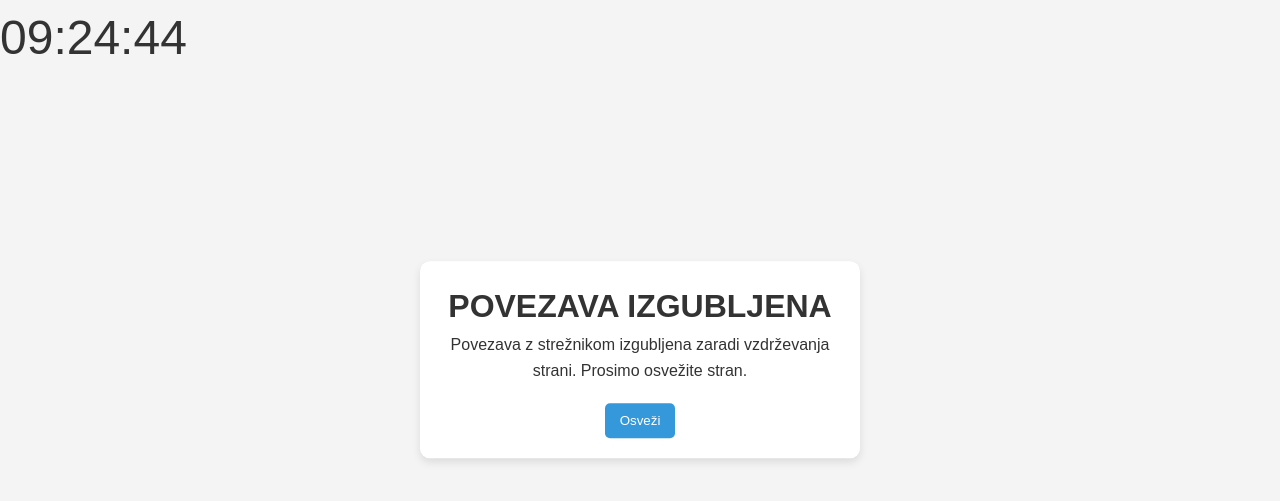
Repository: razrednicasopis/razrednicasopis.github.io
Page: Resources/ura.html
These files come from the project's save history. The page is drawn as it stood at one moment and after a run of saves; the edit follows.
The browser window is 1280 px wide. The pictures show the whole page.

Above is the page before, as saved 2024-03-07 09:24:52.
Console error: TypeError: Cannot read properties of null (reading 'addEventListener')

### Resources/ura.html
<!DOCTYPE html>
<html lang="en">
<head>
  <meta charset="UTF-8">
  <title>Digitalna ura</title>
  <link rel="stylesheet" href="styless.css">
  <link rel="stylesheet" href="system.css">
</head>


  <div class="clock" id="clock"></div>

  <div id="maintenancePopup">
    <div id="maintenancePopupContent">
      <h1>POVEZAVA IZGUBLJENA</h1>
      <p>Povezava z strežnikom izgubljena zaradi vzdrževanja strani. Prosimo osvežite stran.</p>
      <button id="closeMaintenancePopupBtn">Osveži</button>
    </div>
</div>


  <script src="alerts.js"></script>
  <script src="maintenancemode.js"></script>
  <script>
    function updateClock() {
      const now = new Date();
      const hours = String(now.getHours()).padStart(2, '0');
      const minutes = String(now.getMinutes()).padStart(2, '0');
      const seconds = String(now.getSeconds()).padStart(2, '0');

      const time = `${hours}:${minutes}:${seconds}`;
      document.getElementById('clock').innerText = time;
    }

    // Update every second
    setInterval(updateClock, 1000);

    // Initial call to set the initial time
    updateClock();
  </script>
</body>
</html>

### Resources/styless.css
* {
  margin: 0;
  padding: 0;
  box-sizing: border-box;
}

/* Globalni slogi */
body {
  font-family: Arial, sans-serif;
  line-height: 1.6;
  background-color: #f4f4f4;
  color: #333;
  margin: 0;
  padding: 0;
  max-height: 100vh;
}


.container {
    text-align: center;
    margin-top: 50px;
}

.border-box {
    display: inline-block;
    padding: 200px;
    width: 550px;
    height: 500px;
    border: 5px solid #333; /* Set your desired border color */
    border-radius: 30px; /* Set the border radius for slightly curved corners */
    background-color: #333; /* Set your desired background color inside the border */
}

header {
  background: #333;
  color: #fff;
  padding: 20px;
}

header h1 {
  margin-bottom: 10px;
  font-size: 36px;
}

nav ul {
  list-style: none;
}

nav ul li {
  display: inline;
  margin-right: 20px;
}

nav ul li a {
  color: #fff;
  text-decoration: none;
}

main {
  padding: 20px;
}

section {
  margin-bottom: 30px;
}

section h2 {
  margin-bottom: 15px;
}

article {
  background: #fff;
  padding: 20px;
  border-radius: 5px;
  box-shadow: 0 0 5px rgba(0, 0, 0, 0.1);
}

article h3 {
  margin-bottom: 10px;
}

article p {
  color: #666;
}

article a {
  display: inline-block;
  margin-top: 10px;
  text-decoration: none;
  color: #333;
  border-bottom: 1px solid #333;
  padding-bottom: 2px;
}

article a:hover {
  color: #000;
  border-color: #000;
}



footer {
  text-align: center;
  padding: 30px;
  background-color: #333;
  color: #fff;
  position: absolute;
  bottom: auto;
  width: 100%;
  text-align: center;
}

### Resources/system.css
/* Koda za "Coming Soon" pop-up */

#popupContainer {
    display: none;
    position: fixed;
    top: 50%;
    left: 50%;
    transform: translate(-50%, -50%);
    background-color: #ffffff;
    box-shadow: 0 4px 8px rgba(0, 0, 0, 0.1);
    padding: 20px;
    border-radius: 10px;
    text-align: center;
    z-index: top;
  }

  #popupContent {
    max-width: 400px;
    margin: 0 auto;
  }

  #closePopupBtn {
    background-color: #3498db;
    color: #ffffff;
    padding: 10px 15px;
    border: none;
    border-radius: 5px;
    cursor: pointer;
  }

  #closePopupBtn:hover {
      background-color: #4da8e1;
  }

  #showPopupLink {
    display: inline-block;
    padding: 10px 15px;
    color: #ffffff;
    text-decoration: none;
    border-radius: 5px;
    cursor: pointer;
  }

body.popup-open {
   overflow: hidden;
}

.popup-open .blur-container {
  filter: blur(5px); /* Apply blur effect only when popup is open */
  pointer-events: none;
}

#maintenancePopup {
  display: none;
  position: fixed;
  top: 50%;
  left: 50%;
  transform: translate(-50%, -50%);
  background-color: #ffffff;
  box-shadow: 0 4px 8px rgba(0, 0, 0, 0.1);
  padding: 20px;
  border-radius: 10px;
  text-align: center;
  z-index: 999;
}

#maintenancePopupContent {
  max-width: 400px;
  margin: 0 auto;
}

#closeMaintenancePopupBtn {
  background-color: #3498db;
  color: #ffffff;
  padding: 10px 15px;
  border: none;
  border-radius: 5px;
  cursor: pointer;
  margin-top: 20px;
}

#closeMaintenancePopupBtn:hover {
  background-color: #4da8e1;
}

/* Koda za "Kontakt" obrazec */

#contactform {
    align-self: center;
    }

    .formcontainer {
      text-align: center;
      margin-top: 50px;
      display: flex;
      justify-content: center;
      align-items: flex-start; /* Align items at the top */
  }

  .border-box {
      display: inline-block;
      padding: 20px;
      width: 550px;
      height: 500px;
      border: 5px solid #333; /* Set your desired border color */
      border-radius: 30px; /* Set the border radius for slightly curved corners */
      background-color: #333; /* Set your desired background color inside the border */
  }

  form input,
form textarea {
    width: calc(100% - 40px); /* Adjusted width with a bit of padding on each side */
    padding: 10px; /* Increased padding for better readability */
    margin-bottom: 5px; /* Increased spacing between input areas */
    margin-top: 25px; /* Move input areas slightly lower */
    height: 40px; /* Increased height to make input areas bigger */
}

form select{
width: calc(100% - 40px); /* Adjusted width with a bit of padding on each side */
padding: 10px; /* Increased padding for better readability */
margin-bottom: 5px;
margin-top: 20px; /* Move input areas slightly lower */
height: 40px; /* Height of input areas */
border: 1px solid #ccc; /* Border style */
border-radius: 5px; /* Border radius */
font-size: 16px; /* Font size */
}

form textarea {
  height: 120px;
}

/* Form Submit Button Styles */

/* Your existing CSS code */
/* Koda za "Coming Soon" pop-up */

#popupContainer {
  display: none;
  position: fixed;
  top: 50%;
  left: 50%;
  transform: translate(-50%, -50%);
  background-color: #ffffff;
  box-shadow: 0 4px 8px rgba(0, 0, 0, 0.1);
  padding: 20px;
  border-radius: 10px;
  text-align: center;
  z-index: top;
}


#popupContent {
  max-width: 400px;
  margin: 0 auto;
}

#closePopupBtn {
  background-color: #3498db;
  color: #ffffff;
  padding: 10px 15px;
  border: none;
  border-radius: 5px;
  cursor: pointer;
}

#closePopupBtn:hover {
    background-color: #4da8e1;
}

#showPopupLink {
  display: inline-block;
  padding: 10px 15px;
  color: #ffffff;
  text-decoration: none;
  border-radius: 5px;
  cursor: pointer;
}

body.popup-open {
 overflow: hidden;
}

body.blur {
filter: blur(5px);
pointer-events: none;
z-index: 1;
}

/* Koda za "Kontakt" obrazec */

#contactform {
  align-self: center;
}

.formcontainer {
  text-align: center;
  margin-top: 50px;
  display: flex;
  justify-content: center;
  align-items: flex-start; /* Align items at the top */
}

.border-box {
  display: inline-block;
  padding: 20px;
  width: 550px;
  height: 500px;
  border: 5px solid #333; /* Set your desired border color */
  border-radius: 30px; /* Set the border radius for slightly curved corners */
  background-color: #333; /* Set your desired background color inside the border */
}

form input,
form textarea {
  width: calc(100% - 40px); /* Adjusted width with a bit of padding on each side */
  padding: 10px; /* Increased padding for better readability */
  margin-bottom: 5px; /* Increased spacing between input areas */
  margin-top: 25px; /* Move input areas slightly lower */
  height: 40px; /* Increased height to make input areas bigger */
}

form select{
width: calc(100% - 40px); /* Adjusted width with a bit of padding on each side */
padding: 10px; /* Increased padding for better readability */
margin-bottom: 5px;
margin-top: 20px; /* Move input areas slightly lower */
height: 40px; /* Height of input areas */
border: 1px solid #ccc; /* Border style */
border-radius: 5px; /* Border radius */
font-size: 16px; /* Font size */
}

form textarea {
height: 120px;
}

/* Combined CSS for Blob Button */

*, *:before, *:after {
  box-sizing: border-box;
  margin: 0;
  padding: 0;
}

.buttons {
  margin-top: 2 0px;
  text-align: center;
  border-radius: 30px;
}

.blob-btn {
  z-index: 1;
  position: relative;
  padding: 20px 150px;
  margin-bottom: 40px;
  margin-top: 10px;
  text-align: center;
  text-transform: uppercase;
  color: #0505A9;
  font-size: 16px;
  font-weight: bold;
  background-color: transparent;
  outline: none;
  border: none;
  transition: color 0.5s;
  cursor: pointer;
  border-radius: 30px;
}
.blob-btn:before {
  content: "";
  z-index: 1;
  position: absolute;
  left: 0;
  top: 0;
  width: 100%;
  height: 100%;
  border: 2px solid #0505A9;
  border-radius: 30px;
}
.blob-btn:after {
  content: "";
  z-index: -2;
  position: absolute;
  left: 3px;
  top: 3px;
  width: 100%;
  height: 100%;
  transition: all 0.3s 0.2s;
  border-radius: 30px;
}
.blob-btn:hover {
  color: #FFFFFF;
  border-radius: 30px;
}
.blob-btn:hover:after {
  transition: all 0.3s;
  left: 0;
  top: 0;
  border-radius: 30px;
}
.blob-btn__inner {
  z-index: -1;
  overflow: hidden;
  position: absolute;
  left: 0;
  top: 0;
  width: 100%;
  height: 100%;
  border-radius: 30px;
  background: #ffffff;
}
.blob-btn__blobs {
  position: relative;
  display: block;
  height: 100%;
  filter: url("#goo");
}
.blob-btn__blob {
  position: absolute;
  top: 2px;
  width: 30%;
  height: 100%;
  background: #0505A9;
  border-radius: 100%;
  transform: translate3d(0, 150%, 0) scale(1.7);
  transition: transform 0.45s;
}
@supports (filter: url("#goo")) {
  .blob-btn__blob {
    transform: translate3d(0, 150%, 0) scale(1.4);
  }
}
.blob-btn__blob:nth-child(1) {
  left: 0%;
  transition-delay: 0s;
}
.blob-btn__blob:nth-child(2) {
  left: 30%;
  transition-delay: 0.08s;
}
.blob-btn__blob:nth-child(3) {
  left: 60%;
  transition-delay: 0.16s;
}
.blob-btn__blob:nth-child(4) {
  left: 90%;
  transition-delay: 0.24s;
}
.blob-btn:hover .blob-btn__blob {
  transform: translateZ(0) scale(1.7);
}

/* Define the keyframes for the pulse effect */
@keyframes pulse {
  0% {
    box-shadow: 0 0 0 0 rgba(255, 255, 255, 0.7); /* Initial box shadow color, adjust to match button color */
  }
  50% {
    box-shadow: 0 0 0 20px rgba(255, 255, 255, 0); /* Intermediate box shadow color */
  }
  100% {
    box-shadow: 0 0 0 0 rgba(255, 255, 255, 0); /* Final box shadow color */
  }
}

/* Apply the animation to the button when it's clicked or focused */
.blob-btn:active, .blob-btn:focus {
  animation: pulse 0.3s ease-in-out; /* Adjust the duration to control the pulse speed */
}

@supports (filter: url("#goo")) {
  .blob-btn:hover .blob-btn__blob {
    transform: translateZ(0) scale(1.5);
  }
}

/* CSS za uro */

.clock {
  display: flex;
  font-size: 3em;
}


/*CSS za vse stranske nav skupine razen za glavno */

.seznamvsebin {
  display: inline-block;
  vertical-align: bottom;
  width: calc(20% - 4px); /* Adjust width to accommodate border */
  box-sizing: border-box;
  margin: 40px;
  border: 3px solid #000; /* Border thickness */
  height: 750px; /* Set desired height */
  /* Additional styling for seznamvsebin if needed */
  background-color: #f2f2f2;

}

.seznamvsebin nav {
    justify-content: center;
    padding: 30px;

}

.seznamvsebin nav a {
      display: inline-block;
      padding: 5px 10px;
      color: #000000;
      text-align: center;
      text-decoration: none;
      margin-bottom: 5px;
      border: 2px, transparent;
      border-radius: 5px;
      transition: linear, border 0.1s linear;
      font-weight: bold;
}


.seznamvsebin nav a:hover {
    background-color: #e0e0e0;
    border: 2px solid #000000
}

.NoviceContent {
  float: right; /* Align to the right */
  width: calc(80% - 250px); /* Adjusted width */
  box-sizing: border-box;
  margin-top: 100px;
}

.NoviceContent p {
  margin-bottom: 20px;
}

/* Pravila Obrazca CSS */

.pravilaobrazca {
  height: 630px;
}

.pravilaobrazca_opozorilo {
  margin-top: 275px; /* Keeps this div at the bottom */
  color: #666; /* Change text color if desired */
}

/* Random CSS */

/* CSS for the admin credits list */

.creditscontainer {
  display: flex;
  flex-wrap: wrap;
}

.creditslist {
  flex: 1;
  margin: 10px;
  padding: 0;
  list-style-type: none;
}

.creditslist li {
  margin-bottom: 5px;
}

### Resources/alerts.js
 document.addEventListener('DOMContentLoaded', function () {
        document.querySelectorAll('.showPopupLink').forEach(function (link) {
            link.addEventListener('click', function (event) {
                event.preventDefault();
                document.getElementById('popupContainer').style.display = 'block';
                document.body.classList.add('popup-open');
            });
        });

        document.getElementById('closePopupBtn').addEventListener('click', function () {
            document.getElementById('popupContainer').style.display = 'none';
            document.body.classList.remove('popup-open');
        });
    });

    //Maintenance mode pop-up

    document.addEventListener('DOMContentLoaded', function ()  {
        function toggleMaintenancePopup(show) {
            var maintenancePopup = document.getElementById('maintenancePopup');
            if (maintenancePopup) {
                maintenancePopup.style.display = show ? 'block' : 'none';
                document.body.classList.toggle('popup-open', show);
                console.log(Error);
            }
        }


    function checkMaintenanceStatus() {
        setInterval(function () {


            toggleMaintenancePopup(maintenanceMode);

        }, 1000);
    }

    document.getElementById('closeMaintenancePopupBtn').addEventListener('click', function ()  {
        location.reload();
    });

    checkMaintenanceStatus();
});

### Resources/maintenancemode.js
var maintenanceMode = true;

After the next 2 saves:
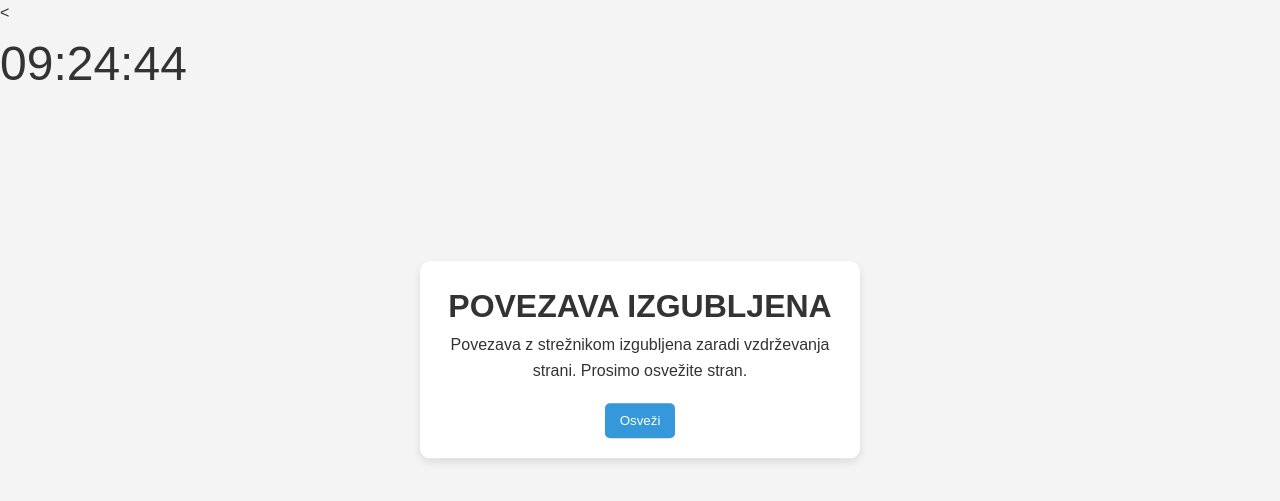
The 2 saves are shown as one change because they came seconds apart.
The last was saved 8 s later.
--- a/Resources/ura.html
+++ b/Resources/ura.html
@@ -6,7 +6,7 @@
   <link rel="stylesheet" href="styless.css">
   <link rel="stylesheet" href="system.css">
 </head>
-
+  <body><
 
   <div class="clock" id="clock"></div>
 

After the 4 saves that followed:
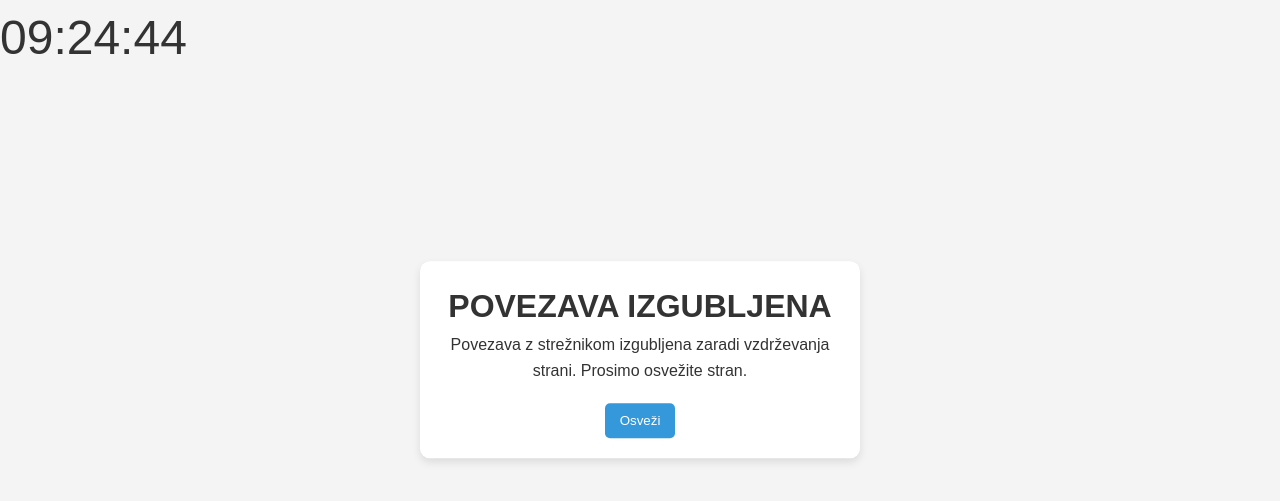
The 4 saves are shown as one change because they came seconds apart.
The last was saved 23 s later.
--- a/Resources/ura.html
+++ b/Resources/ura.html
@@ -6,8 +6,9 @@
   <link rel="stylesheet" href="styless.css">
   <link rel="stylesheet" href="system.css">
 </head>
-  <body><
+<body>
 
+  <div
   <div class="clock" id="clock"></div>
 
   <div id="maintenancePopup">
